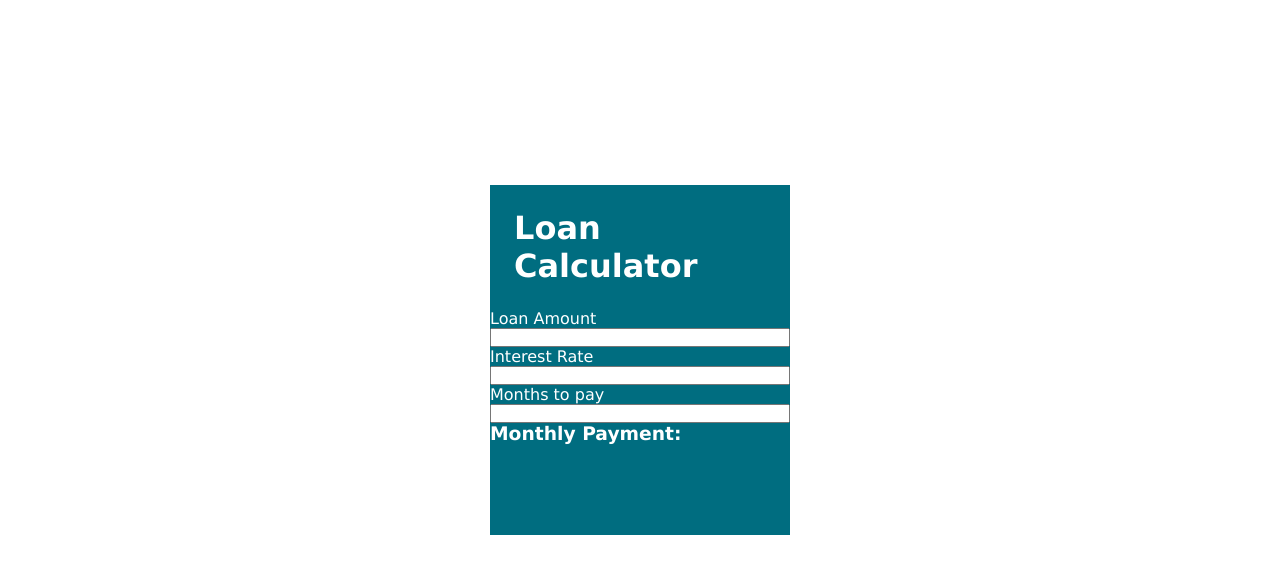
Repository: Ankitkr2021/Loan-Calculator
Page: index.html
An editor plug-in stored every save of this project. The page is shown before and after the next save, followed by the edit.
The browser window is 1280 px wide. The pictures show the whole page.

Above is the page before, as saved 2025-10-28 08:51:30.

After the next save:
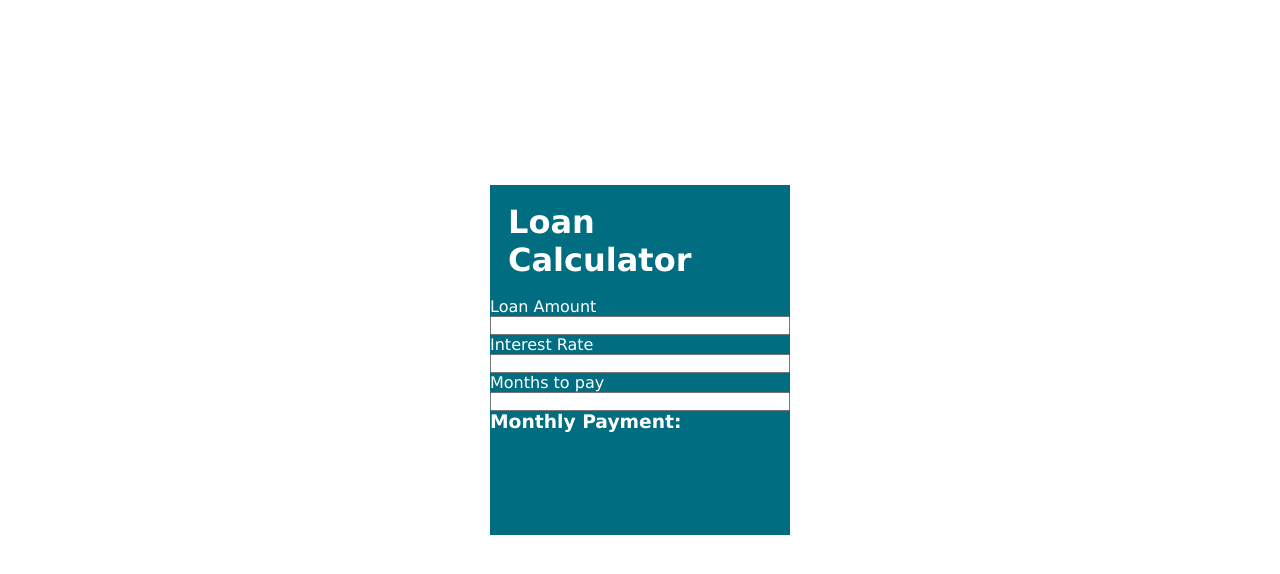
Saved 4 s later.
--- a/style.css
+++ b/style.css
@@ -23,5 +23,5 @@
 }
 
 h1{
-    padding: 24px;
+    padding: 18px;
 }
